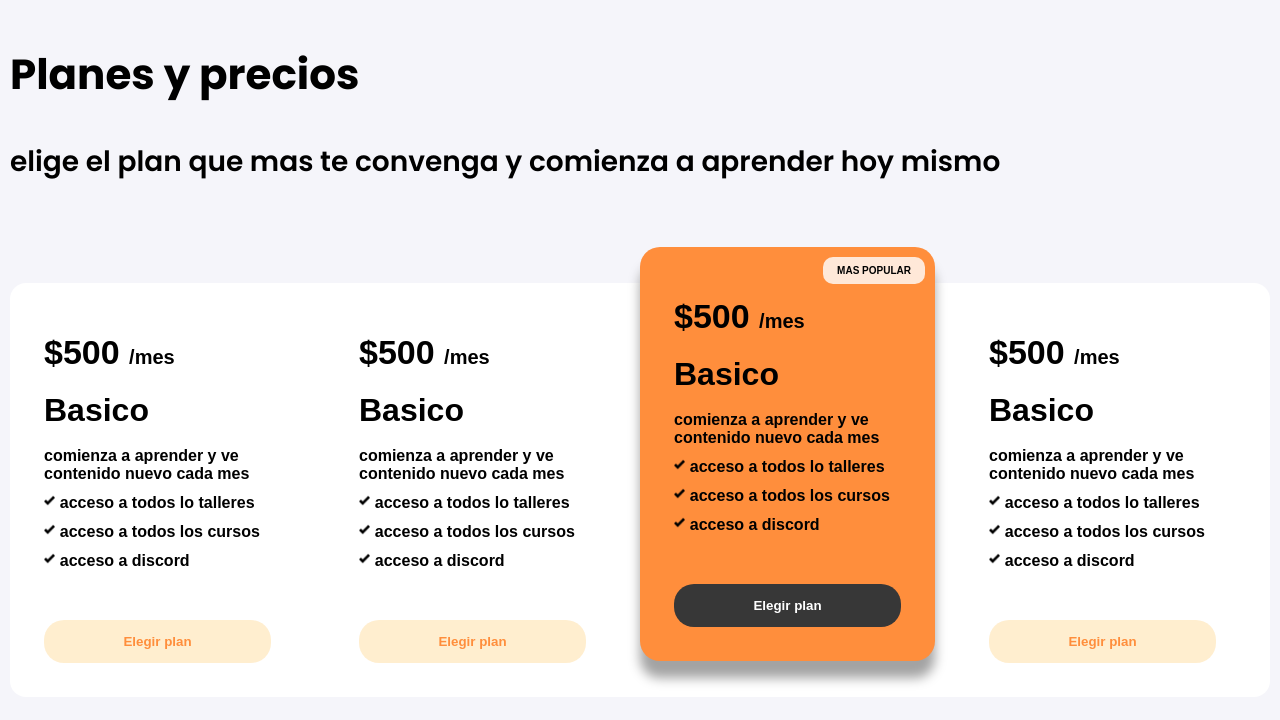
Repository: darkmantiz2/Tarjetas-planes
Page: index.html
An editor plug-in stored every save of this project. The page is shown before and after the next save, followed by the edit.
The browser window is 1280 px wide. The pictures show the whole page.

Above is the page before, as saved 2022-01-11 15:16:11.

After the next save:
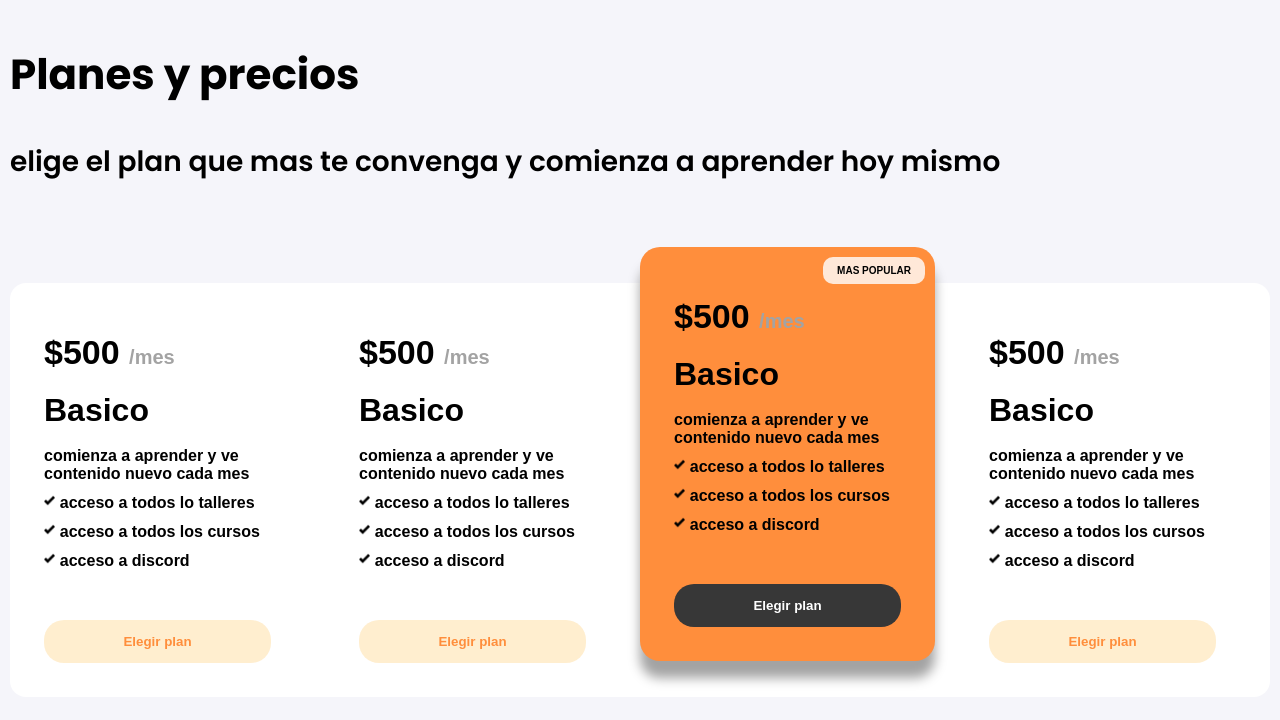
Saved 13 s later.
--- a/css/index.css
+++ b/css/index.css
@@ -49,7 +49,7 @@ body {
 
 .card-month {
   font-size: 20px;
-  color: black;
+  color: var(--grey-2);
 
 }
 
